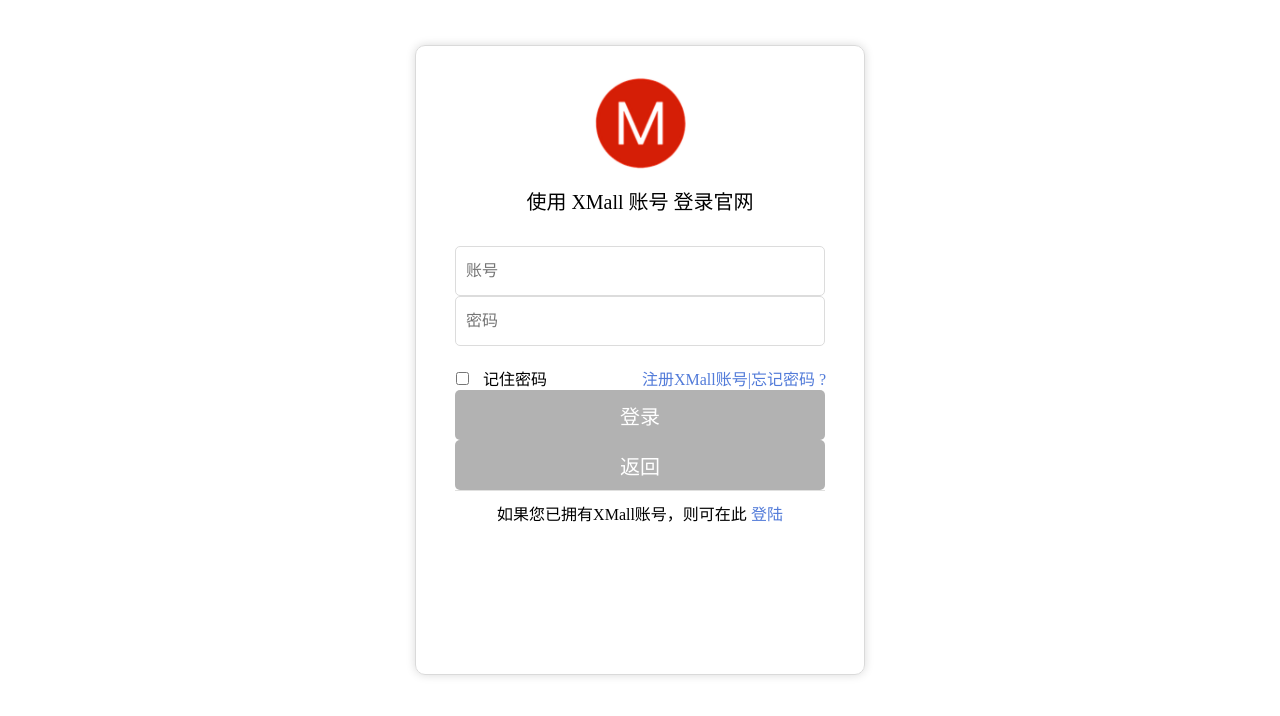
Repository: dingqihui1997/xmall-demo
Page: /signin
An editor plug-in stored every save of this project. The page is shown before and after the next save, followed by the edit.
The browser window is 1280 px wide. The pictures show the whole page.
The project was rebuilt for these pictures with package versions that can differ from the ones it lists, and the page was loaded fresh each time. Also part of the build but not shown: vue.config.js, src/views/Home.vue.

Above is the page before, as saved 2021-06-29 17:52:05.

### src/main.js
import Vue from 'vue'
import App from './App.vue'
import router from './router'
import store from './store'
import ElementUI from 'element-ui';
import 'element-ui/lib/theme-chalk/index.css';
Vue.use(ElementUI);
Vue.config.productionTip = false

new Vue({
  router,
  store,
  render: h => h(App)
}).$mount('#app')

### src/App.vue
<template>
  <div id="app">
    <router-view />
  </div>
</template>

<style lang="scss">
@import "./styles/common";
@import "./styles/ui";
</style>

### src/router/index.js
import Vue from 'vue'
import VueRouter from 'vue-router'
import Home from '../views/Home.vue'

Vue.use(VueRouter)

const routes = [
  {
    path: '/',
    name: 'Home',
    component: Home
  },
  {//登录
    path: '/signin',
    name: 'Signin',
    component: () => import('../components/signin/Signin.vue')
  },
  {//注册
    path: '/register',
    name: 'Register',
    component: () => import('../components/register/Register.vue')
  },


]

const router = new VueRouter({
  mode: 'history',
  base: process.env.BASE_URL,
  routes
})

export default router

### src/styles/common.scss
 * {
     margin: 0;
     padding: 0;
 }

 .center {
     //居中显示
     margin: auto;
     position: absolute;
     top: 0;
     bottom: 0;
     left: 0;
     right: 0;
 }

 * {
     box-sizing: border-box;
 }

 .wi100 {
     width: 100%;
 }

 .hei100 {
     height: 100%;
 }

 .pflex {
     position: fixed;
     /* 固定定位 */
 }

 .flex {
     display: flex;
 }

 .flex-wrap {
     /* 子元素换行排列 */
     display: flex;
     flex-wrap: wrap;
     align-items: center;
 }

 .flex-j {
     display: flex;
     justify-content: center;
     /* 水平方向居中 */
 }

 .flex-a {
     display: flex;
     align-items: center;
     /* 垂直方向居中 */
 }

 .flex-ja {
     /* felx-ja 垂直水平方向居中 */
     display: flex;
     align-items: center;
     justify-content: center;
 }

 .flex-sb {
     /* flex-sb 子元素两边排列 */
     display: flex;
     justify-content: space-between;
 }

 .flex-sba {
     /* flex-sb 子元素两边排列 bing居中 */
     display: flex;
     justify-content: space-between;
     align-items: center;
 }

 .flex-d {
     /* z子元素竖向排列 */
     display: flex;
     flex-direction: column;
 }

 .flex-di {
     /* 子元素竖向排列并居中 */
     display: flex;
     flex-direction: column;
     align-items: center;
 }

 .flex-dj {
     /* 子元素竖向排列并居中 */
     display: flex;
     flex-direction: column;
 }

 .flex-dji {
     /* 子元素竖向排列并水平垂直居中 */
     display: flex;
     flex-direction: column;
     align-items: center;
     justify-content: center;
 }

 .pad-t10 {
     padding-top: 10px;
 }

 .pad-t15 {
     padding-top: 15px;
 }

 .margin-r55 {
     margin-right: 55px;
 }

 .marginauto {
     margin: 0 auto;
 }

 .img100 {
     width: 100%;
     height: 100%;
 }

 .img50 {
     width: 50%;
     height: 50%;
 }

 .imgh100 {
     height: 100%;
 }

 .img45 {
     width: 45%;
     height: 45%;
 }

 .img80 {
     width: 80%;
     height: 80%;
 }

 .font20 {
     font-size: 20px;
 }

 .font18 {
     font-size: 18px;
 }

 .font16 {
     font-size: 16px;
 }

 .font14 {
     font-size: 14px;
 }

 .font12 {
     font-size: 12px;
 }

 .flex1 {
     flex: 1;
 }

 .flex2 {
     flex: 1.5;
 }

 .color30 {
     color: #000000;
 }

 .color3f {
     /* 白色 */
     color: #fff;
 }

 .margin-t10 {
     margin-top: 10px;
 }

 .margin-t5 {
     margin-top: 5px;
 }

 .margin-t20 {
     margin-top: 20px;
 }

 .margin-r5 {
     margin-right: 5px;
 }

 .margin-r15 {
     margin-right: 15px;
 }

 .margin-r10 {
     margin-right: 10px;
 }

 .margin-r20 {
     margin-right: 20px;
 }

 .margin-r30 {
     margin-right: 30px;
 }

 .margin-l10 {
     margin-left: 10px;
 }

 .margin-l20 {
     margin-left: 20px;
 }

 .margin-b10 {
     margin-bottom: 10px;
 }

 .text-de {
     /* 有下划线 */
     text-decoration: underline;
 }

 .text-li {
     text-decoration: line-through;
     /* 删除线 */
 }

 .font-w7 {
     /* 加粗 */
     font-weight: 700;
 }

 .fontstyle-i {
     /* 斜体 */
     font-style: italic;
 }

 .shuoming {
     position: relative;
     top: 55px
 }

 .textr {
     text-align: right;
 }

### src/styles/ui.scss
.login {
    .el-input__inner {
        width: 370px;
        height: 50px;
    }

    .el-input__suffix {
        position: absolute;
        right: 50px;
    }

    .el-input {
        position: relative;
    }
}

### src/components/signin/Signin.vue
<template>
  <!-- 登录页面 -->
  <div class="one">
    <div class="box center flex-d login">
      <div class="top">
        <div class="flex-ja"><img src="../../assets/log1.png" alt="" /></div>
        <div class="flex-ja">使用 XMall 账号 登录官网</div>
      </div>
      <!-- 账号 -->
      <div class="flex-ja name">
        <input type="text" placeholder="账号" class="ipt" v-model="username" />
      </div>
      <!-- 密码 -->
      <div class="flex-ja name">
        <input
          type="password"
          placeholder="密码"
          class="ipt"
          v-model="password"
        />
      </div>
      <div class="flex-sb choice">
        <div>
          <input type="checkbox" class="inpt" v-model="checked" /> 记住密码
        </div>
        <div><span>注册XMall账号|</span><span>忘记密码 ?</span></div>
      </div>
      <div class="flex-ja regis">
        <!-- 动态绑定属性，最先是true禁用状态 -->
        <button
          :disabled="flag"
          :class="{ back: flag === false }"
          @click="goto"
        >
          登录
        </button>
      </div>
      <div class="flex-ja regis">
        <!-- 动态绑定属性，最先是true禁用状态 -->
        <button
          :disabled="flag"
          :class="{ back: flag === false }"
          @click="goto"
        >
          返回
        </button>
      </div>
      <div class="flex-ja">
        <div class="bottom flex-ja">
          如果您已拥有XMall账号，则可在此<span>&nbsp;登陆</span>
        </div>
      </div>
    </div>
  </div>
</template>

<script>
import axios from "axios";
export default {
  name: "",
  props: {},
  data() {
    return {
      username: "",
      password: "",
      Repeat: "",
      flag: true, //最开始禁用按钮
      checked: false,
    };
  },
  components: {},
  methods: {
    goto() {
      if (this.checked === false) {
        this.$message.error("您未勾选同意我们的相关注册协议");
      }
      if (this.password !== this.Repeat) {
        this.$message.error("两次输入的密码不相同");
      }
      if (this.password === this.Repeat && this.checked === true) {
        axios
          .post("/api/users/register", {
            username: this.username,
            password: this.password,
          })
          .then((res) => {
            console.log(res);
          })
          .catch((err) => {
            console.log("请求失败", err);
          });
      }
    },
  },
  mounted() {},
  computed: {},
  watch: {
    username(val) {
      this.username = val;
    },
    password(val) {
      this.password = val;
    },
    Repeat(val) {
      //账号和密码都输入了内容后，然后就不禁用button
      this.Repeat = val;
      if (this.username !== "" && this.password !== "" && val !== "") {
        this.flag = false;
        // console.log(val);
      } else {
        this.flag = true;
      }
    },
  },
};
</script>

<style lang='scss' scoped>
.box {
  width: 450px;
  height: 630px;
  border: 1px solid #dadada;
  border-radius: 10px;
  box-shadow: 0 0 10px #dadada;
}
.one {
  height: 100vh;
}
.top {
  height: 200px;
  font-size: 20px;
  //   margin-bottom: 35px;
  padding-top: 25px;
}
.top img {
  margin-bottom: 10px;
}
.ipt {
  width: 370px;
  height: 50px;
  outline: none;
  border: 1px #dcdcdc solid;
  border-radius: 5px;
  padding-left: 10px;
  font-size: 16px;
}
button {
  width: 370px;
  height: 50px;
  border-radius: 5px;
  border: none;
  color: #fff;
  font-size: 20px;
  background-color: #b2b2b2; //最开始设置成灰色背景颜色
}

span {
  color: #527bd9;
}

.name {
  text-align: center;
}
.choice {
  margin-top: 20px;
  width: 370px;
  position: relative;
  left: 40px;
}
.regis {
  padding: 0 35px;
}
.inpt {
  margin-right: 10px;
}
.bottom {
  width: 370px;
  border-top: 1px #e0e0df solid;
  padding-top: 10px;
}
.back {
  background-color: #5f86e4; //当按钮不禁用的时候就显示蓝色，然后添加hover的效果
  &:hover {
    background-color: #6283cf;
  }
}
</style>

Loaded but not shown: public/index.html (common file); src/store/index.js (common file)

After the next save:
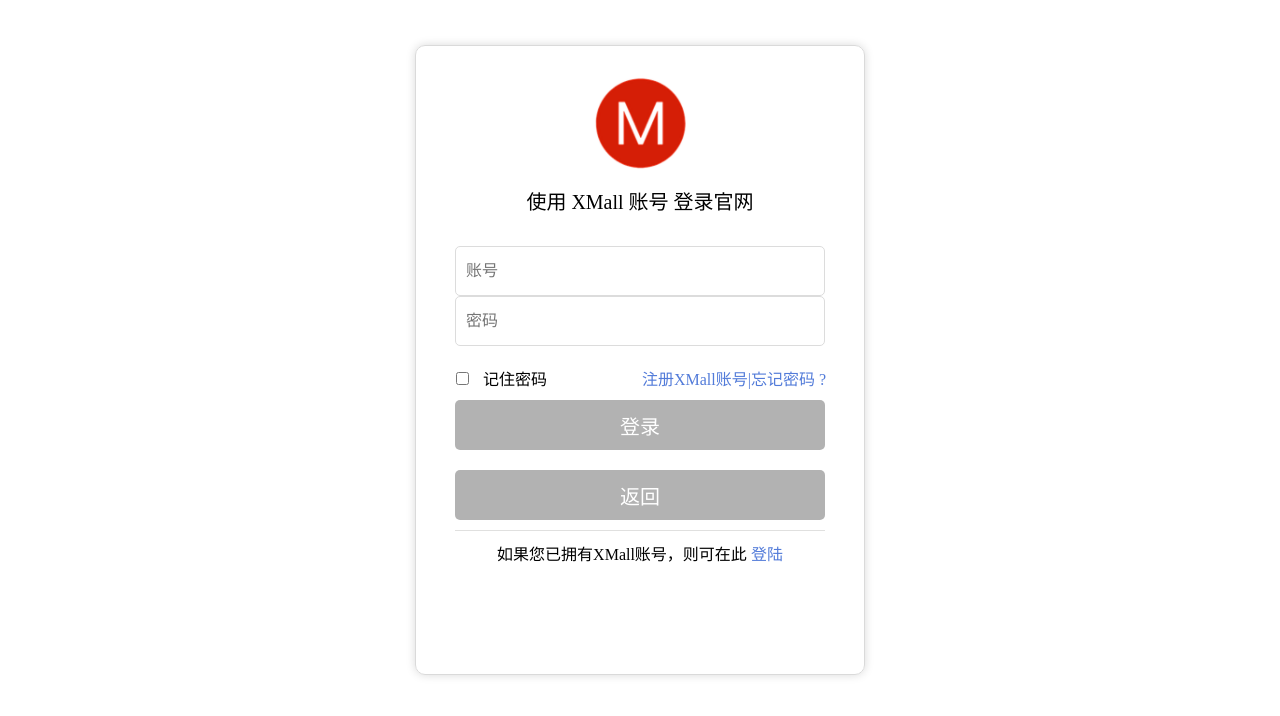
Saved 12 s later.
--- a/src/components/signin/Signin.vue
+++ b/src/components/signin/Signin.vue
@@ -145,6 +145,7 @@
   font-size: 16px;
 }
 button {
+  margin: 10px 0px;
   width: 370px;
   height: 50px;
   border-radius: 5px;
